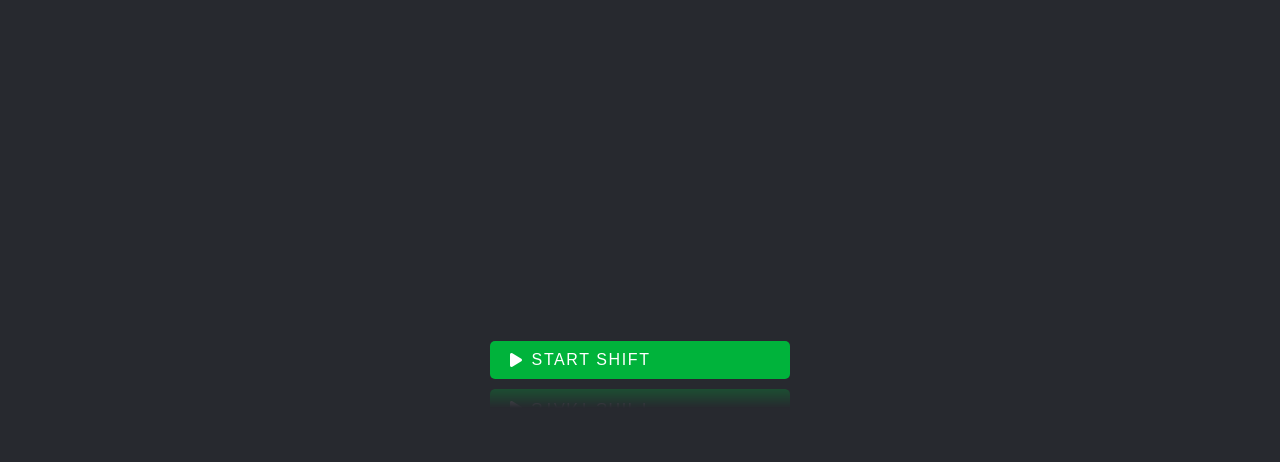
Repository: Philip-Rogers/button-state
Page: index.html
An editor plug-in stored every save of this project. The page is shown before and after a run of saves, followed by the edit.
The browser window is 1280 px wide. The pictures show the whole page.

Above is the page before, as saved 2024-08-14 14:10:33.

After the next 2 saves:
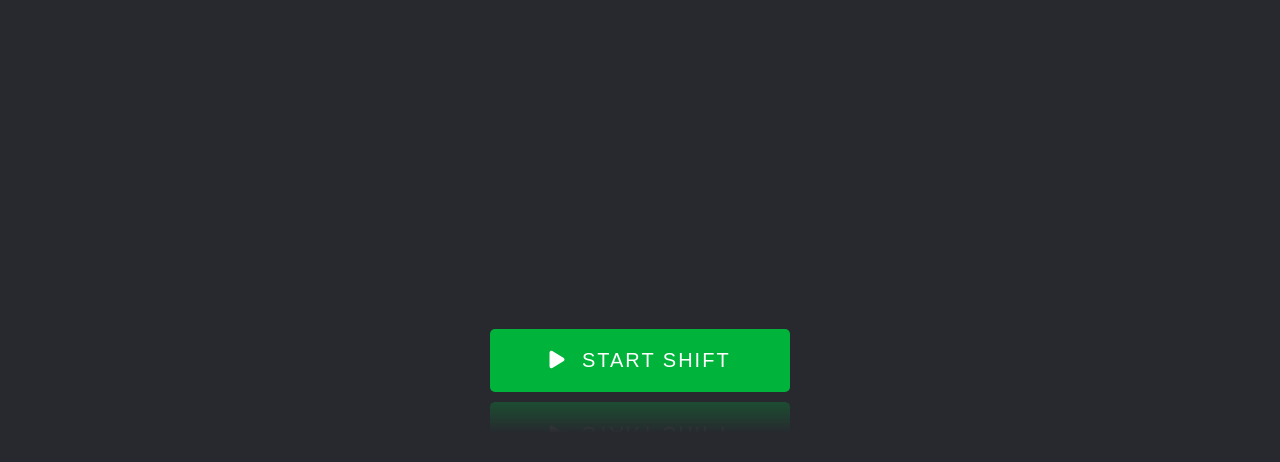
The 2 saves are shown as one change because they came seconds apart.
The last was saved 10 s later.
--- a/index.css
+++ b/index.css
@@ -13,7 +13,8 @@ button {
     display: block;
     border-radius: 5px;
     /* background-color: hsl(205, 100%, 39%); */
-    background-color: hsl(140, 100%, 35%); /* Green for Start Shift */
+    background-color: hsl(140, 100%, 35%);
+    /* Green for Start Shift */
     color: hsl(354, 70%, 100%);
     padding: 1em 1.25em;
     width: 300px;
@@ -25,19 +26,20 @@ button {
     -webkit-box-reflect: below 10px linear-gradient(transparent, transparent, #0004);
 }
 
-#shiftButton {
+/* #shiftButton {
     border: none;
     padding: 10px 20px;
     font-size: 16px;
     cursor: pointer;
     display: flex;
     align-items: center;
-}
+} */
 
 #shiftButton i {
     margin-right: 8px;
 }
 
 #shiftButton.stopShift {
-    background-color: hsl(354, 70%, 54%); /* Red for Stop Shift */
+    background-color: hsl(354, 70%, 54%);
+    /* Red for Stop Shift */
 }
